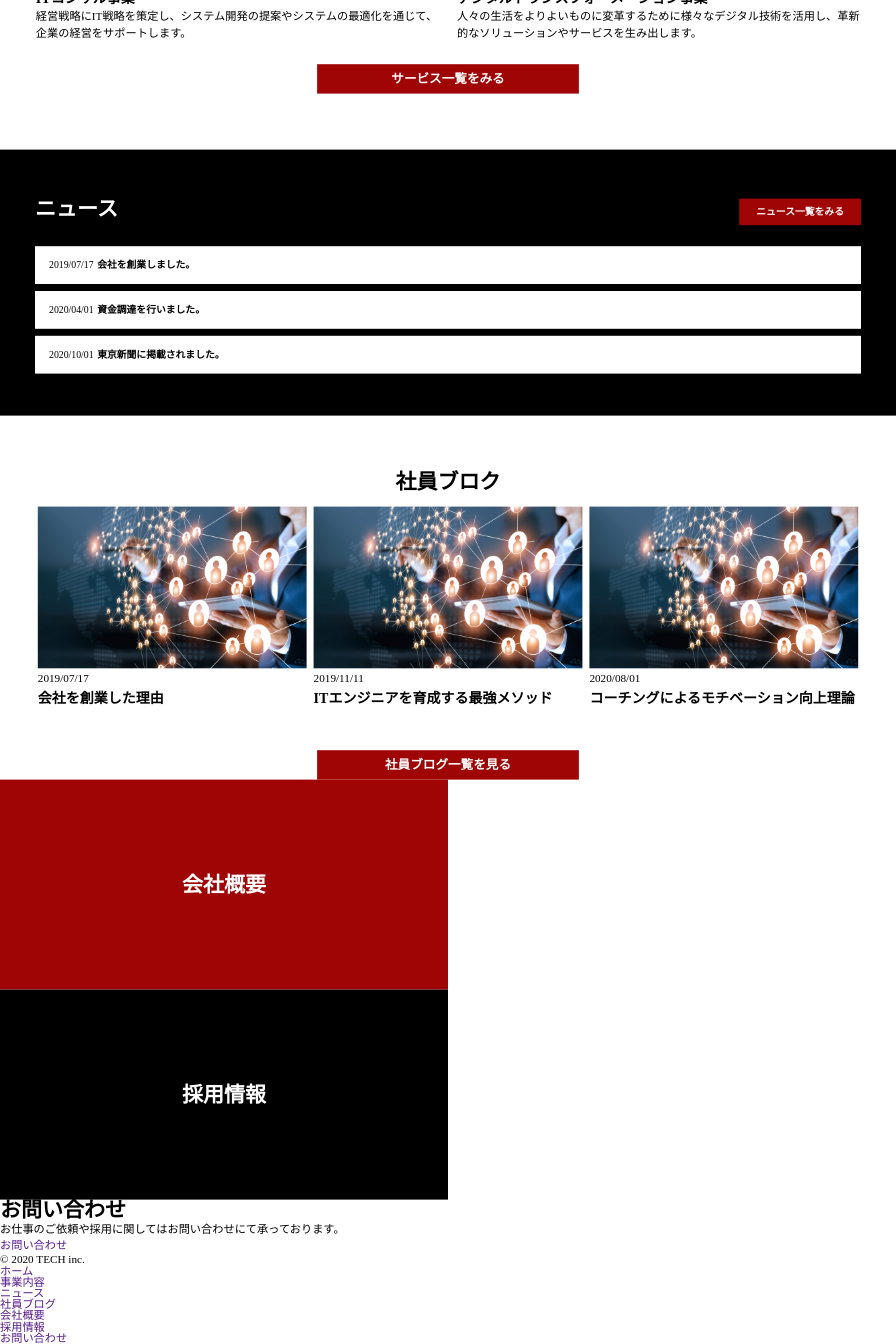
Repository: masanarimiura/20220516_miura
Page: index.html
The author's editor kept a copy of each file at every save. The page is drawn from the files as they stood at one save, then again after the next save.
The browser window is 1280 px wide. The pictures show the part of the page from y = 1964 to 3884 px (the page is 3884 px tall before and 3664 px after), at 70% of full size.

Above is the page before, as saved 2022-05-13 20:56:14.

### index.html
<!DOCTYPE html>
<html lang="ja">

<head>
  <meta charset="UTF-8">
  <meta http-equiv="X-UA-Compatible" content="IE=edge">
  <meta name="viewport" content="width=device-width, initial-scale=1.0">
  <title>Document</title>
  <link rel="stylesheet" href="css/reset.css">
  <link rel="stylesheet" href="css/index.css">
</head>

<body>

  <header class="header">
    <h2 class="header__ttl">TECH</h2>
    <nav class="header__nav">
      <ul>
        <li><a href="" class="header__nav__item1">ホーム</a></li>
        <li><a href="" class="header__nav__item2">事業内容</a></li>
        <li><a href="" class="header__nav__item3">ニュース</a></li>
        <li><a href="" class="header__nav__item4">社員ブログ</a></li>
        <li><a href="" class="header__nav__item5">会社概要</a></li>
        <li><a href="" class="header__nav__item6">採用情報</a></li>
        <li><a href="" class="header__nav__item7">お問い合わせ</a></li>
      </ul>
    </nav>
  </header>

  <div class="eyecatch">
    <div class="eyecatch__content">
      <h1 class="eyecatch__content__ttl">最新のテクノロジーで社会課題を解決</h1>
      <p class="eyecatch__content__txt">solving social issues with the latest tdchnology</p>
    </div>
  </div>

  <div class="message">
    <div class="message__inner">
      <h2 class="message__ttl">株式会社TECHの想い</h2>
      <p class="message__txt">
        あらゆる産業において、新たなデジタル技術を使ってこれまでにないビジネスモデルを展開する新規参入者が養生し、ゲームチェンジが起ころうとしています。こうした中で、各企業は、競争力維持・強化のために。DXを迅速に進めていくことが求められています。しかし、DXにおいて投資コストは非常にかかります。株式会社TECHでは独自のオペレーションと人材教育により、他社よりも価格を抑えた開発を行います。
      </p>
    </div>
  </div>

  <div class="service">
    <h2 class="service__ttl">サービス</h2>
    <div class="service__inner">
      <div class="service__box">
        <img src="img/service1.png" alt="" class="service__box__img">
        <h3 class="service__box__ttl">IT人材育成事業</h3>
        <p class="service__box__txt">これまでに培った教育手法を生かして、短期間で即戦力のIT人材を育成します。</p>
      </div>
      <div class="service__box">
        <img src="img/service2.png" alt="" class="service__box__img">
        <h3 class="service__box__ttl">コーチング事業</h3>
        <p class="service__box__txt">目標達成を最短で実現するために、プロのコーチによるマンツーマンのサポートを実施します。</p>
      </div>
      <div class="service__box">
        <img src="img/service3.png" alt="" class="service__box__img">
        <h3 class="service__box__ttl">ITコンサル事業</h3>
        <p class="service__box__txt">経営戦略にIT戦略を策定し、システム開発の提案やシステムの最適化を通じて、企業の経営をサポートします。</p>
      </div>
      <div class="service__box">
        <img src="img/service4.png" alt="" class="service__box__img">
        <h3 class="service__box__ttl">デジタルトランスフォーメーション事業</h3>
        <p class="service__box__txt">人々の生活をよりよいものに変革するために様々なデジタル技術を活用し、革新的なソリューションやサービスを生み出します。</p>
      </div>
      <a href="" class="button">サービス一覧をみる</a>
    </div>
  </div>

  <div class="news">
    <div class="news__inner">
      <div class="news__ttl">
        <h2 class="news__ttl-txt">ニュース</h2>
        <a href="" class="service__link button">ニュース一覧をみる</a>
      </div>
      <div class="news__content">
        <ul class="news__content-inner">
          <li class="news__content-topic">
            <a herf="">2019/07/17<span>会社を創業しました。</span></a>
          </li>
          <li class="news__content-topic">
            <a herf="">2020/04/01<span>資金調達を行いました。</span></a>
          </li>
          <li class="news__content-topic">
            <a herf="">2020/10/01<span>東京新聞に掲載されました。</span></a>
          </li>
        </ul>
      </div>
    </div>
  </div>
  <div class="blog">
    <h2 class="blog__ttl">社員ブロク</h2>
    <div class="blog__inner">
      <div class="blog__box">
        <a href=""><img src="img/blog.png" alt="" class="blog__img"></a>
        <p class="blog__date">2019/07/17</p>
        <p class="blog__txt">会社を創業した理由</p>
      </div>
      <div class="blog__box">
        <a href=""><img src="img/blog.png" alt="" class="blog__img"></a>
        <p class="blog__date">2019/11/11</p>
        <p class="blog__txt">ITエンジニアを育成する最強メソッド</p>
      </div>
      <div class="blog__box">
        <a href=""><img src="img/blog.png" alt="" class="blog__img"></a>
        <p class="blog__date">2020/08/01</p>
        <p class="blog__txt">コーチングによるモチベーション向上理論</p>
      </div>
    </div>
    <a href="" class="button blog__link">社員ブログ一覧を見る</a>
  </div>

  <div class="info">
    <div class="info__company"><a href="">会社概要</a></div>
    <div class="info__recruit"><a href="">採用情報</a></div>
  </div>

  <div class="contact">
    <h2 class="contact__ttl">お問い合わせ</h2>
    <p class="contact__txt">お仕事のご依頼や採用に関してはお問い合わせにて承っております。</p>
    <p class="contact__link"><a href="">お問い合わせ</a></p>
  </div>

  <footer class="footer">
    <div class="footer__copy">&copy; 2020 TECH inc.</div>
    <ul class="footer__nav">
      <li><a href="" class="footer__nav__item1">ホーム</a></li>
      <li><a href="" class="footer__nav__item2">事業内容</a></li>
      <li><a href="" class="footer__nav__item3">ニュース</a></li>
      <li><a href="" class="footer__nav__item4">社員ブログ</a></li>
      <li><a href="" class="footer__nav__item5">会社概要</a></li>
      <li><a href="" class="footer__nav__item6">採用情報</a></li>
      <li><a href="" class="footer__nav__item7">お問い合わせ</a></li>
    </ul>
  </footer>


  <script src="js/main.js"></script>
</body>

</html>

### css/reset.css
/*
html5doctor.com Reset Stylesheet
v1.6.1
Last Updated: 2010-09-17
Author: Richard Clark - http://richclarkdesign.com
Twitter: @rich_clark
*/
html,
body,
div,
span,
object,
iframe,
h1,
h2,
h3,
h4,
h5,
h6,
p,
blockquote,
pre,
abbr,
address,
cite,
code,
del,
dfn,
em,
img,
ins,
kbd,
q,
samp,
small,
strong,
sub,
sup,
var,
b,
i,
dl,
dt,
dd,
ol,
ul,
li,
fieldset,
form,
label,
legend,
table,
caption,
tbody,
tfoot,
thead,
tr,
th,
td,
article,
aside,
canvas,
details,
figcaption,
figure,
footer,
header,
hgroup,
menu,
nav,
section,
summary,
time,
mark,
audio,
video {
  margin: 0;
  padding: 0;
  border: 0;
  outline: 0;
  font-size: 100%;
  vertical-align: baseline;
  background: transparent;
}

body {
  line-height: 1;
}

article,
aside,
details,
figcaption,
figure,
footer,
header,
hgroup,
menu,
nav,
section {
  display: block;
}

nav ul {
  list-style: none;
}

blockquote,
q {
  quotes: none;
}

blockquote:before,
blockquote:after,
q:before,
q:after {
  content: "";
  content: none;
}

a {
  margin: 0;
  padding: 0;
  font-size: 100%;
  vertical-align: baseline;
  background: transparent;
}

/* change colours to suit your needs */
ins {
  background-color: #ff9;
  color: #000;
  text-decoration: none;
}

/* change colours to suit your needs */
mark {
  background-color: #ff9;
  color: #000;
  font-style: italic;
  font-weight: bold;
}

del {
  text-decoration: line-through;
}

abbr[title],
dfn[title] {
  border-bottom: 1px dotted;
  cursor: help;
}

table {
  border-collapse: collapse;
  border-spacing: 0;
}

/* change border colour to suit your needs */
hr {
  display: block;
  height: 1px;
  border: 0;
  border-top: 1px solid #cccccc;
  margin: 1em 0;
  padding: 0;
}

input,
select {
  vertical-align: middle;
}

### css/index.css
h2 {
  font-size: 30px;
  font-weight: bold;
}
h3 {
  font-size: 20px;
  font-weight: bold;
  line-height: 1.5;
}
a {
  text-decoration: none;
}
p {
  line-height: 1.5;
}
.button {
  display: block;
  text-align: center;
  color: #fff;
  font-size: 18px;
  font-weight: bold;
  background-color: rgb(160, 5, 5);
  width: 350px;
  padding: 12px;
}

.header {
  display: flex;
  justify-content: space-between;
  text-align: center;
  padding: 20px 30px;
  position: sticky;
  top: 0;
  background-color: #fff;
  z-index: 1;
}
.header__nav ul {
  display: flex;
  justify-content: space-between;
}
.header__nav ul li {
  padding: 0 15px;
  font-size: 16px;
  font-weight: bold;
}
.header__nav ul li a {
  color: #000;
}

.eyecatch {
  display: flex;
  justify-content: center;
  align-items: center;
  text-align: center;
  background: url(../img/mv.png) center/ cover;
  height: 80vh;
}
.eyecatch__content {
  color: #fff;
}
.eyecatch__content__ttl {
  font-size: 50px;
  padding: 20px;
  line-height: 1.5;
}
.eyecatch__content__txt {
  font-weight: bold;
  font-size: 20px;
  padding: 20px;
}

.message {
  background: #000;
  display: flex;
  justify-content: center;
  align-items: center;
}
.message__inner {
  padding: 80px 80px;
}
.message__ttl {
  color: #fff;
}
.message__txt {
  color: #fff;
  line-height: 2;
  text-align: justify;
  padding: 20px 0 0;
}

.service {
  margin-top: 100px;
}
.service__ttl {
  text-align: center;
  margin-bottom: 30px;
}
.service__inner {
  display: flex;
  align-items: center;
  flex-wrap: wrap;
  justify-content: center;
}
.service__box {
  width: 45%;
  height: auto;
  padding: 1%;
  margin-bottom: 20px;
}
.service__box img {
  width: 100%;
  height: auto;
}
.service__button {
  margin-top: 50px;
}
.news {
  background: #000;
  margin-top: 80px;
}
.news__inner {
  padding: 50px 50px;
}
.news__ttl {
  display: flex;
  justify-content: space-between;
  padding: 20px 0;
}
.news__ttl-txt {
  color: #fff;
}
.service__link {
  width: 150px;
  font-size: 14px;
}
.news__content-topic a {
  background-color: #fff;
  margin: 10px 0;
  padding: 20px;
  font-size: 14px;
  display: block;
}
.news__content-topic span {
  font-weight: bold;
  display: inline-block;
  padding: 0 5px;
}

.blog {
  margin-top: 80px;
}
.blog__ttl {
  text-align: center;
}
.blog__inner {
  display: flex;
  justify-content: center;
}
.blog__box {
  width: 30%;
  margin: 20px 5px;
}
.blog__box img {
  width: 100%;
}
.blog__txt {
  font-weight: bold;
  font-size: 20px;
}
.blog__link {
  margin: 40px auto 0;
}

.info {
  mt
  display: flex;
}
.info__company {
  width: 50%;
  height: 300px;
  background: rgb(160, 5, 5);
  display: flex;
  justify-content: center;
  align-items: center;
}
.info__recruit {
  width: 50%;
  height: 300px;
  background: #000;
  display: flex;
  justify-content: center;
  align-items: center;
}
.info a {
  color: #fff;
  font-size: 30px;
  font-weight: bold;
}

Loaded but not shown: js/main.js (no copy from this time; the picture is the same without it)

After the next save:
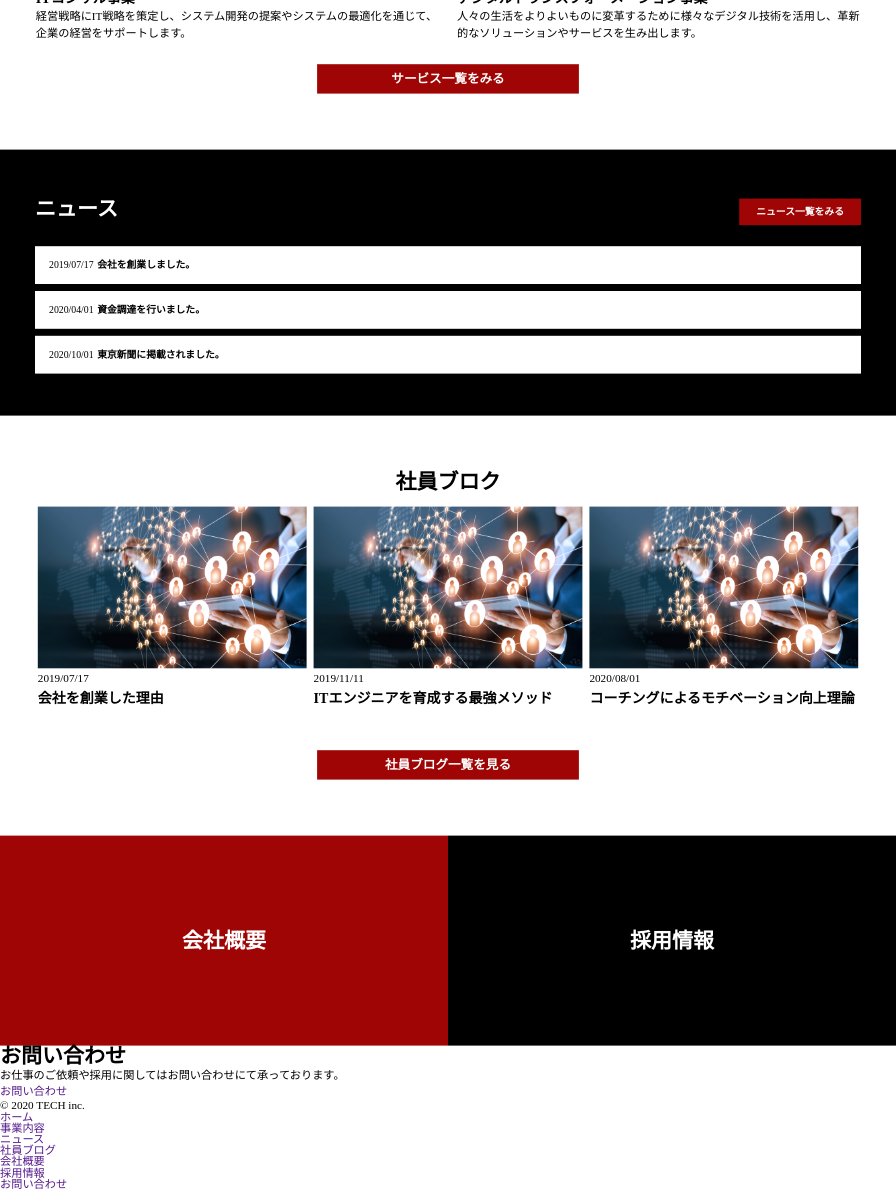
Saved 5 s later.
--- a/css/index.css
+++ b/css/index.css
@@ -172,7 +172,7 @@ p {
 }
 
 .info {
-  mt
+  margin-top: 80px;
   display: flex;
 }
 .info__company {
